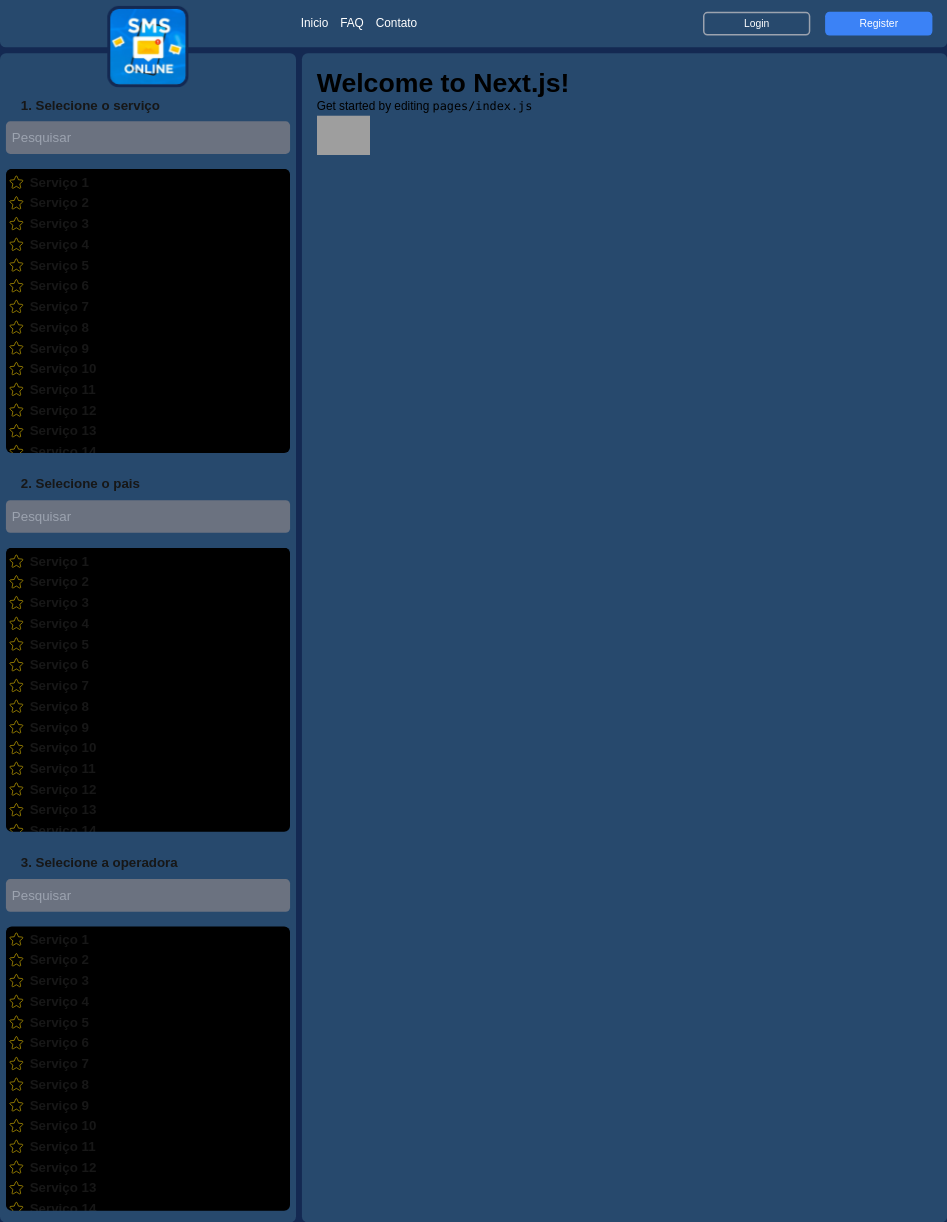
Repository: Felipe-Henrique-Dev/-DIOGO-SMS
Page: /
The author's editor kept a copy of each file at every save. The page is drawn from the files as they stood at one save, then again after the next save.
The browser window is 1280 px wide. The pictures show the whole page, at 74% of full size.
Pictures or frames that could not be fetched are drawn as grey boxes. The project was rebuilt for these pictures with package versions that can differ from the ones it lists, and the page was loaded fresh each time. The framework's server and built-in components were replaced by stand-ins that run in the browser. Also part of the build but not shown: next.config.ts.

Above is the page before, as saved 2024-12-16 22:32:48.

### src/app/layout.tsx
import type { Metadata } from "next";
import "./globals.css";
import Header from "@/components/main/Header";
import Main from "@/components/main/Main";
import WebApp from "@/components/main/WebApp";



export const metadata: Metadata = {
  title: "Create Next App",
  description: "Generated by create next app",
};

export default function RootLayout({
  children,
}: Readonly<{
  children: React.ReactNode;
}>) {
  return (
    <html lang="pt-br">
      <body className={`antialiased`}>
        <Header />
        <Main>
          <WebApp />
          {children}
        </Main>
      </body>
    </html>
  );
}

### src/app/page.tsx
import Section from "@/components/main/Section";
import Image from "next/image";

export default function Home() {
  return (
    <Section>
      <h1 className="text-4xl font-bold text-center">Welcome to Next.js!</h1>
      <p className="text-center">
        Get started by editing <code>pages/index.js</code>
      </p>
      <Image
        src="/vercel.svg"
        alt="Vercel Logo"
        width={72}
        height={16}
      />
    </Section>
  );
}

### src/app/globals.css
@tailwind base;
@tailwind components;
@tailwind utilities;

:root {
  --background: hsl(220, 60%, 20%);
  --background-secondary: hsl(211, 47%, 29%);
  --tertiary: hsl(0, 0%, 87%);
  --primary_text: hsl(0, 0%, 100%);
  --foreground: #171717;
  --color-primary: #000;
  --color-secondary: hsl(208, 98%, 43%);
}


body {
  color: var(--foreground);
  background: var(--background);
  font-family: Arial, Helvetica, sans-serif;
}

::-webkit-scrollbar {
  width: 8px;
  height: 10px;
}

::-webkit-scrollbar-track {
  background-color: var(--background);
}

::-webkit-scrollbar-thumb {
  background: var(--color-secondary);
  border-radius: 10px;
}

::-webkit-scrollbar-thumb:hover {
  background-color: var(--color-highlight-hover);
}

### src/components/main/Header.tsx
import React from "react";
import { Button } from "./Button";


export default function Header() {
  return (
    <header className="h-16 bg-background_secondary max-w-screen-2xl m-auto top-0 items-center justify-between  flex rounded-b-lg px-5 z-[99] ">
        <span className="text-white text-lg font-bold"></span>
        <nav className="flex gap-4">
            <a href="#" className="text-white">Inicio</a>
            <a href="#" className="text-white">FAQ</a>
            <a href="#" className="text-white">Contato</a>
        </nav>
        <div className="container flex justify-between items-center w-1/4 gap-5">
            <Button type="button" size="sm" className="text-white" isLoading={false} bgColor="none">Login</Button>
            <Button type="button" size="sm" className="text-white" isLoading={false} bgColor="primary">
                Register
            </Button>
        </div>
    </header>
  );
}

### src/components/main/Main.tsx
import React from "react";

export default function Main({
  children,
}: Readonly<{
  children: React.ReactNode;
}>) {
  return (
    <main className="container max-w-screen-2xl mx-auto flex pt-2 gap-2 ">
      {children}
    </main>
  );
}

### src/components/main/WebApp.tsx
'use client'
import React from "react";
import { Input } from "./Input";
import { useForm } from "react-hook-form"
import Image from "next/image";
export default function WebApp() {
  const [selectService, setSelectService] = React.useState<{ title: string; valor: number; numberDispobilize: number; id: string } | null>(null);
  const [selectCountry, setSelectCountry] = React.useState<{ title: string; valor: number; numberDispobilize: number; id: string } | null>(null);
  const [selectOperator, setSelectOperator] = React.useState<{ title: string; valor: number; numberDispobilize: number; id: string } | null>(null);

  return (
    <aside className="min-w-[25rem] min-h-[90svh] bg-background_secondary text-pri sticky left-0 top-[4.5rem] rounded-lg flex flex-col p-2 gap-5  pt-14 z-[999]">
      <Image src="/logo.webp" alt="Logo" width={110} height={110} className="rounded-2xl absolute -top-16 transform -translate-x-1/2 left-1/2 z-[99] border-4 border-background " />
      <Container subTitle="1. Selecione o serviço" list={list} select={selectService} setSelect={setSelectService} />
      <Container subTitle="2. Selecione o pais" list={list} select={selectCountry} setSelect={setSelectCountry} />
      <Container subTitle="3. Selecione a operadora" list={list} select={selectOperator} setSelect={setSelectOperator} />
    </aside>
  );
}


const Container = ({
  list,
  subTitle,
  select,
  setSelect
}: {
  subTitle: string;
  select?: { title: string; valor: number; numberDispobilize: number; id: string } | null;
  setSelect: React.Dispatch<React.SetStateAction<{ title: string; valor: number; numberDispobilize: number; id: string } | null>>;
  list: { title: string; valor: number; numberDispobilize: number; id: string }[];
}) => {
  const { register, watch } = useForm();
  const filter = (watch("filter") || "").toLowerCase();
  const [favorites, setFavorites] = React.useState<string[]>([]);
  const [loading, setLoading] = React.useState<boolean>(true);

  React.useEffect(() => {
    const storedFavorites = JSON.parse(localStorage.getItem("favorites") || "[]");
    setFavorites(storedFavorites);
    setLoading(false);
  }, []);

  const setFavoriteInStorage = (item: string) => {
    const newFavorites = favorites.includes(item)
      ? favorites.filter(favorite => favorite !== item)
      : [...favorites, item];

    setFavorites(newFavorites);
    localStorage.setItem("favorites", JSON.stringify(newFavorites));
  };

  // Primeiro filtrar e ordenar a lista antes do map
  const filteredAndSortedList = React.useMemo(() => {
    return list
      .filter(item => item.title.toLowerCase().includes(filter))
      .sort((a, b) => {
        const aFav = favorites.includes(a.id);
        const bFav = favorites.includes(b.id);
        if (aFav && !bFav) return -1;
        if (!aFav && bFav) return 1;
        return 0;
      });
  }, [list, filter, favorites]);

  if (loading) return <div>Carregando...</div>;

  return (
    <div className="flex flex-col gap-2  ">
      <span className="text-lg font-bold w-full text-start px-5">{subTitle}</span>
      {
        select ?
          <div className="flex w-full bg-slate-300 rounded-lg h-10 items-center justify-start px-5 gap-5 ">
            <button onClick={() => setSelect(null)} className="flex items-center justify-center gap-2 h-8 min-w-8 rounded-xl border-red-500 border-[1px] text-black">X</button>
            <span className="text-lg font-bold min-w-8 h-8 rounded-full text-center bg-white ">I</span>
            <span className="text-lg font-bold w-auto text-center">{select.title}</span>
          </div>
        :
        <>
          <Input type="text" placeholder="Pesquisar" size="lg" register={register("filter")} />
          <div className="h-96 bg-black w-full my-2 overflow-x-auto scroll-smooth rounded-lg p-1 ">
            {filteredAndSortedList.map((item) => (
              <div className="w-full flex items-center justify-start gap-2" key={item.id}>
                <Stars
                  stars={favorites.includes(item.id)}
                  setFavorite={() => setFavoriteInStorage(item.id)}
                />
                <button className="flex flex-col" onClick={() => setSelect(item)}>
                  <span className="text-lg font-bold w-full text-center">{item.title}</span>
                </button>
              </div>
            ))}
          </div>
        </>
      }
    </div>
  );
};



const list = [
  {
    id: "1",
    title: "Serviço 1",
    valor: 10.00,
    numberDispobilize: 6000,
  },
  {
    id: "2",
    title: "Serviço 2",
    valor: 20.00,
    numberDispobilize: 5000,
  },
  {
    id: "3",
    title: "Serviço 3",
    valor: 30.00,
    numberDispobilize: 4000,
  },
  {
    id: "4",
    title: "Serviço 4",
    valor: 40.00,
    numberDispobilize: 3000,
  },
  {
    id: "5",
    title: "Serviço 5",
    valor: 50.00,
    numberDispobilize: 2000,
  },
  {
    id: "6",
    title: "Serviço 6",
    valor: 60.00,
    numberDispobilize: 1000,
  },
  {
    id: "7",
    title: "Serviço 7",
    valor: 70.00,
    numberDispobilize: 900,
  },
  {
    id: "8",
    title: "Serviço 8",
    valor: 80.00,
    numberDispobilize: 800,
  },
  {
    id: "9",
    title: "Serviço 9",
    valor: 90.00,
    numberDispobilize: 700,
  },
  {
    id: "10",
    title: "Serviço 10",
    valor: 100.00,
    numberDispobilize: 600,
  },
  {
    id: "11",
    title: "Serviço 11",
    valor: 110.00,
    numberDispobilize: 500,
  },
  {
    id: "12",
    title: "Serviço 12",
    valor: 120.00,
    numberDispobilize: 400,
  },
  {
    id: "13",
    title: "Serviço 13",
    valor: 130.00,
    numberDispobilize: 300,
  },
  {
    id: "14",
    title: "Serviço 14",
    valor: 140.00,
    numberDispobilize: 200,
  },
  {
    id: "15",
    title: "Serviço 15",
    valor: 150.00,
    numberDispobilize: 100,
  }
];

const Stars = ({stars, setFavorite} : {stars: boolean, setFavorite: () => void}) => {
  return (
      <>
          {
              !stars?
              <svg width="20" height="20" viewBox="0 0 13 12" fill="none" xmlns="http://www.w3.org/2000/svg" onClick={setFavorite} className="cursor-pointer" >
                  <path d="M6.49956 9.51326L9.26623 11.1866C9.77289 11.4933 10.3929 11.0399 10.2596 10.4666L9.52623 7.31992L11.9729 5.19993C12.4196 4.81326 12.1796 4.07993 11.5929 4.03326L8.37289 3.75993L7.11289 0.786592C6.88623 0.246592 6.11289 0.246592 5.88623 0.786592L4.62623 3.75326L1.40623 4.02659C0.81956 4.07326 0.57956 4.80659 1.02623 5.19326L3.47289 7.31326L2.73956 10.4599C2.60623 11.0333 3.22623 11.4866 3.73289 11.1799L6.49956 9.51326Z" fill="none" stroke="#EFC900" strokeWidth="0.5"/>
              </svg>
              :
              <svg width="20" height="20" viewBox="0 0 13 12" fill="none" xmlns="http://www.w3.org/2000/svg" onClick={setFavorite} className="cursor-pointer">
                  <path d="M6.49956 9.51326L9.26623 11.1866C9.77289 11.4933 10.3929 11.0399 10.2596 10.4666L9.52623 7.31992L11.9729 5.19993C12.4196 4.81326 12.1796 4.07993 11.5929 4.03326L8.37289 3.75993L7.11289 0.786592C6.88623 0.246592 6.11289 0.246592 5.88623 0.786592L4.62623 3.75326L1.40623 4.02659C0.81956 4.07326 0.57956 4.80659 1.02623 5.19326L3.47289 7.31326L2.73956 10.4599C2.60623 11.0333 3.22623 11.4866 3.73289 11.1799L6.49956 9.51326Z" fill="#EFC900"/>
              </svg>
          }
      </>
  );
}

### src/components/main/Section.tsx
import { cn } from "@/lib/utils";
import React from "react";

export default function Section({
  children,
  className
}: Readonly<{
  children: React.ReactNode;
  className?: string;
}>) {
  return (
    <section className={cn(
      "p-5 flex flex-col min-h-[90svh] bg-background_secondary w-full text-black items-start justify-start rounded-lg ",
      className
    )}>
      {children}
    </section>
  );
}

### src/components/main/Button.tsx
/* eslint-disable @typescript-eslint/no-explicit-any */
import { cn } from "@/lib/utils";
import React from "react";

export const Button = ({
    className,
    size = "md",
    onClick,
    children,
    type,
    isLoading,
    bgColor = "primary",
}:{
    type: 'button' | 'submit' | 'reset';
    onClick?: (event: React.MouseEvent<HTMLButtonElement>) => void;
    className?: string;
    children: React.ReactNode;
    size?: "sm" | "md" | "lg";
    isLoading: boolean;
    bgColor?: "primary" | "secondary" | "danger" | "none";
}) => {

    const sizes = {
        sm: "w-1/2 h-8 text-sm",
        md: "w-3/4 h-10 text-base",
        lg: "w-full h-14 text-lg",
    };

    const bgColors = {
        primary: "bg-blue-500 text-white",
        secondary: "bg-gray-500 text-white",
        danger: "bg-red-500 text-white",
        none: "bg-transparent text-black border-gray-400 border-2 "
    };

    return (
        <button
            type={type}
            onClick={onClick}
            className={cn(
                "p-2 rounded-md relative flex items-center justify-center",
                bgColors[bgColor],
                sizes[size],
                className
            )}
            disabled={isLoading}
        >
            {
                isLoading ? loading() : children
            }
        </button>
    );
}


const loading = () => {
    return (
        <div className="absolute inset-0 bg-gray-300 bg-opacity-50 flex items-center justify-center">
            <div className="animate-spin rounded-full h-12 w-12 border-t-2 border-b-2 border-gray-900"></div>
        </div>
    );
}

### src/components/main/Input.tsx
/* eslint-disable @typescript-eslint/no-unused-vars */
/* eslint-disable @typescript-eslint/no-explicit-any */
import { cn } from "@/lib/utils";
import React from "react";

export const Input = ({
    type,
    placeholder,
    classNameSpan,
    classNameLabel,
    classNameInput,
    label,
    size = "md",
    icon,
    register,
    bgColor = "secondary",
    labelIsHidden = false,
    name
}:{
    type: 'text' | 'password' | 'email';
    placeholder: string;
    classNameSpan?: string;
    classNameLabel?: string;
    classNameInput?: string;
    size?: "sm" | "md" | "lg";
    icon?: React.ReactNode;
    register?: any;
    label?: string;
    bgColor?: "primary" | "secondary" | "danger" | "none";
    labelIsHidden?: boolean;
    name?: string;
}) => {

    const sizes = {
        sm: "w-1/2 h-8 text-sm",
        md: "w-3/4 h-10 text-base",
        lg: "w-full h-12 text-lg",
    };

    const bgColors = {
        primary: "bg-blue-500 text-white",
        secondary: "bg-gray-500 text-white",
        danger: "bg-red-500 text-white",
        none: "bg-transparent text-black border-gray-300 border-2"
    };


    return (
        <span className={cn(
                "relative flex flex-col",
                sizes[size],
                classNameSpan,
        )}>
            {
                labelIsHidden &&
                <label className={cn(
                    classNameLabel
                )} >
                    {label}
                </label>
            }
            <input
                type={type}
                placeholder={placeholder}
                {...register}
                className={cn(
                    "p-2 rounded-md relative w-full",
                    classNameInput,
                    bgColors[bgColor]
                )}
            />
            {icon}
        </span>

    );
}

### tailwind.config.ts
import type { Config } from "tailwindcss";

export default {
  content: [
    "./src/pages/**/*.{js,ts,jsx,tsx,mdx}",
    "./src/components/**/*.{js,ts,jsx,tsx,mdx}",
    "./src/app/**/*.{js,ts,jsx,tsx,mdx}",
  ],
  theme: {
    extend: {
      colors: {
        background: "var(--background)",
        foreground: "var(--foreground)",
        background_secondary: "var(--background-secondary)",
        primary: "var(--primary)",
        tertiary: "var(--tertiary)",

      },
      background : {
        background: "var(--background)",
        background_secondary: "var(--background-secondary)",
        foreground: "var(--foreground)",
      },
    },
  },
  plugins: [],
} satisfies Config;

Loaded but not shown: src/lib/utils.ts (common file)

After the next save:
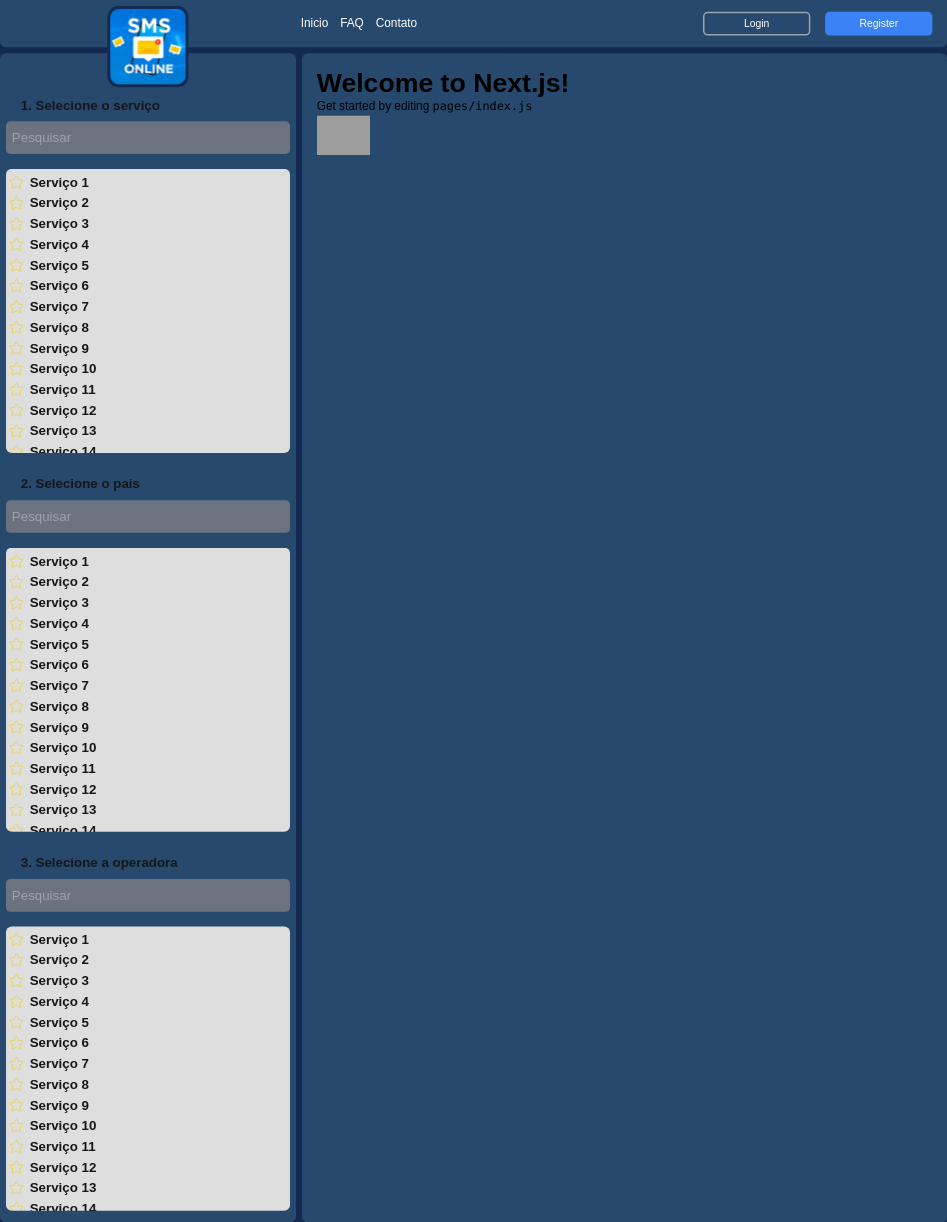
Saved 7 s later.
--- a/src/components/main/WebApp.tsx
+++ b/src/components/main/WebApp.tsx
@@ -78,7 +78,7 @@ const Container = ({
         :
         <>
           <Input type="text" placeholder="Pesquisar" size="lg" register={register("filter")} />
-          <div className="h-96 bg-black w-full my-2 overflow-x-auto scroll-smooth rounded-lg p-1 ">
+          <div className="h-96 bg-tertiary w-full my-2 overflow-x-auto scroll-smooth rounded-lg p-1 ">
             {filteredAndSortedList.map((item) => (
               <div className="w-full flex items-center justify-start gap-2" key={item.id}>
                 <Stars
